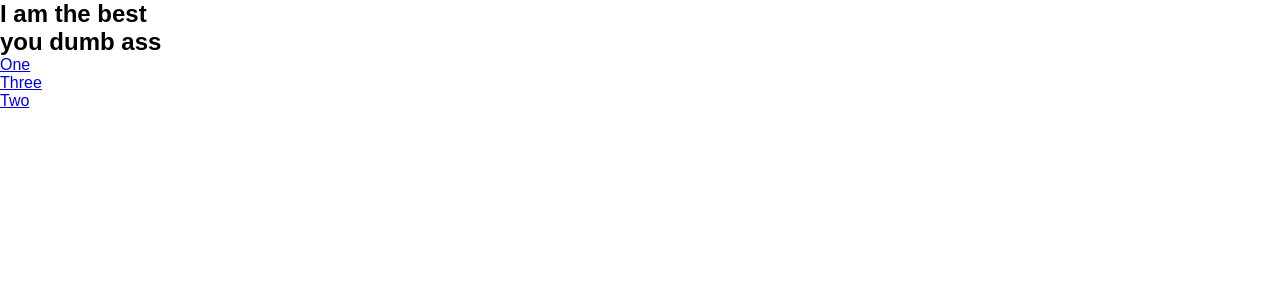
Repository: Imprasna/scrollmagic
Page: index.html
The author's editor kept a copy of each file at every save. The page is drawn from the files as they stood at one save, then again after a run of saves.
The browser window is 1280 px wide. The pictures show the whole page.
Some web fonts or font styles are not loaded; a fallback is used. Some web libraries are served in a nearby version.

Above is the page before, as saved 2021-10-26 00:46:40.

After the next 2 saves:
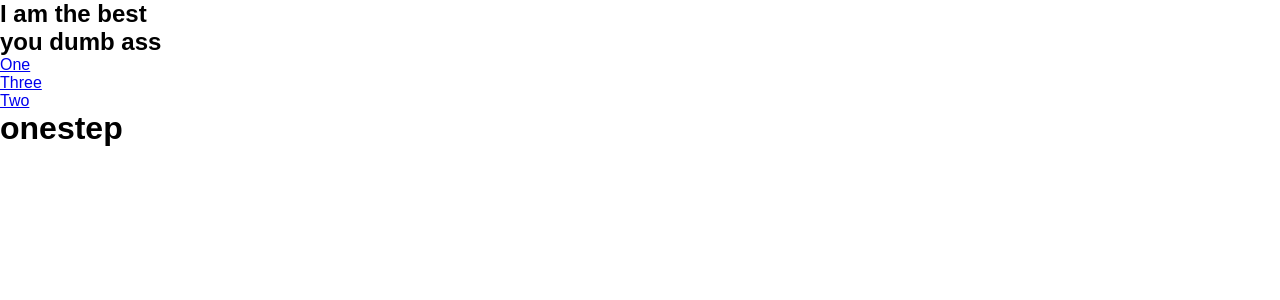
The 2 saves are shown as one change because they came seconds apart.
The last was saved 12 s later.
--- a/index.html
+++ b/index.html
@@ -19,7 +19,7 @@
                 <li><a href="#">Two</a></li>
             </ul>
         </nav>
-        <h1 class="logo"></h1>
+        <h1 class="logo">onestep </h1>
     </div>
 </body>
 </html>
